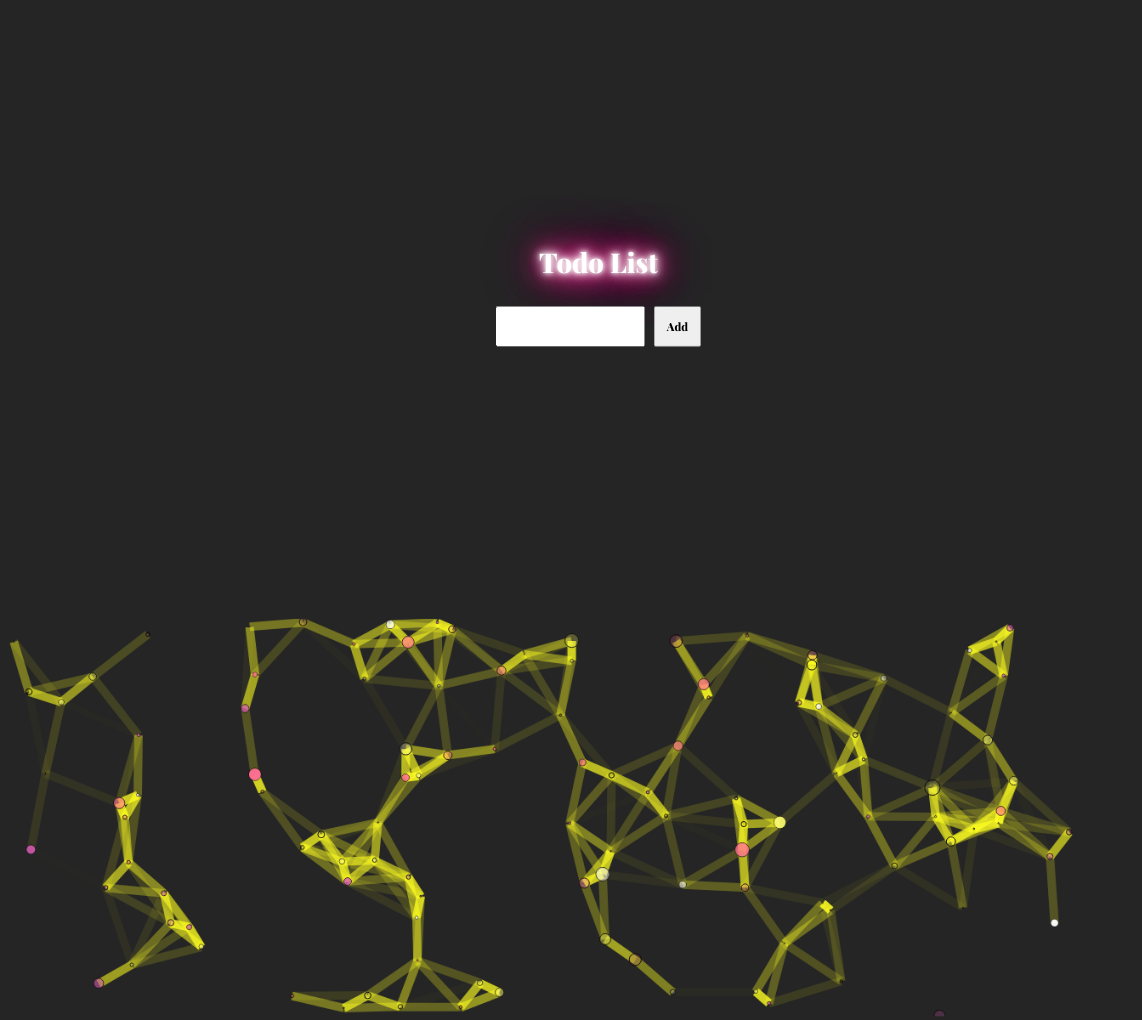
Repository: TENSAEA/----todo
Page: index.html
The author's editor kept a copy of each file at every save. The page is drawn from the files as they stood at one save, then again after the next save.
The browser window is 1280 px wide. The page is 1344 px wide, so the pictures cover 1344 px, including what lies to the right of the window. The pictures show the whole page, at 85% of full size.
Some web fonts or font styles are not loaded; a fallback is used.

Above is the page before, as saved 2023-10-25 14:58:49.

### index.html
<!DOCTYPE html>
<html lang="en">
  <head>
    <meta charset="UTF-8" />
    <meta name="viewport" content="width=device-width, initial-scale=1.0" />
    <title>TodoList</title>
    <link rel="stylesheet" href="style.css" />
  </head>
  <body>
    <div id="particle">
      <div class="container">
        <h1>Todo List</h1>
        <br />
        <div class="header">
          <form class="form">
            <input type="text" id="add" />
            <label for="add"><button id="addBtn">Add</button></label>
          </form>
        </div>
        <div class="list-div">
          <!-- <div class="list-hide">
          <ul class="list">
            <li>
              <input class="list-text" type="text" id="edit" readonly />
              <label for="edit">
                <button class="edit">Edit</button
                ><button class="delete">Delete</button>
              </label>
            </li>
          </ul>
        </div> -->
        </div>
      </div>
    </div>
    <script src="particles.js"></script>
    <script src="https://cdn.jsdelivr.net/npm/particles.js@2.0.0/particles.min.js"></script>
    <script src="script.js"></script>
  </body>
</html>

### style.css
@import url('https://fonts.googleapis.com/css2?family=Bungee+Spice&family=Playfair+Display:wght@800&display=swap');

*{
   box-sizing:border-box;
   margin:0;
   padding:0;
   font-family: 'Bungee Spice', sans-serif;
font-family: 'Playfair Display', serif;}
body{
    background-color: #252525;
}

#particle{
    position: absolute;
      top: 0;
      left: 0;
      width: 100%;
      height: 65%;
      z-index: 2;

}

.container{
    /* -webkit-box-shadow: 0px 0px 0px 5px #A0A0A0, inset 0px 10px 27px -8px #141414, inset 0px -10px 27px -8px #A31925, 5px 5px 15px 5px rgba(0,0,0,0);  */
/* box-shadow: 0px 0px 0px 5px #A0A0A0, inset 0px 10px 27px -8px #141414, inset 0px -10px 27px -8px #A31925, 5px 5px 15px 5px rgba(0,0,0,0); */
    display: flex;
    flex-direction: column;
    padding: 20%;
    margin:5%;
    margin-top:20px;
    flex-grow: 1;
    flex:1;
    width:100%;
}

.container h1{
    font-size:2em;
    text-align:center;
    color: #FFFFFF;
text-shadow: #FFF 0px 0px 5px, #FFF 0px 0px 10px, #FFF 0px 0px 15px, #FF2D95 0px 0px 20px, #FF2D95 0px 0px 30px, #FF2D95 0px 0px 40px, #FF2D95 0px 0px 50px, #FF2D95 0px 0px 75px;
color: #FFFFFF;
width:100%;
padding:10px;

}

#add{
    /* padding: 0.5em;
    width:100%;
    margin:auto; */
}
.form{
    display:flex;
    justify-content: center;
    flex:1;
}
.form label button{
    padding:1em;
    width:auto;
    margin-left:10px;
    cursor: pointer;
}

.list{
    padding-bottom: 20px;
}

.list li{
    list-style-type: none;
}

.list-div .list li .list-text{
    padding: 1em;
    width:60%;
    margin-left:60px;
}
.edit,.delete{
    padding:1em;
    width:70px;
    margin-left:10px;
    cursor: pointer;
}

@media (max-width:636px){
    /* *,:before,:after {
      width: 100%;
      height: 100%;
      box-sizing: border-box;
    }


    .form label button{
        padding:10px;
        width:70px;
        margin:3% 40%;
        cursor: pointer;
    }
    .edit,.delete{
        padding:10px;
        width:70px;
        margin:2% 38%;
        cursor: pointer;
    } */
    }

### particles.js
var config = {
  particles: {
    number: {
      value: 150,

      density: {
        enable: true,
        value_area: 786,
      },
    },
    color: {
      value: ["#ffffff", "#FF6F91", "#F9F871", "#D65DB1"],
    },
    shape: {
      type: "circle",
      stroke: {
        width: 1,
        color: "#000000",
      },
      polygon: {
        nb_sides: 12,
      },
      image: {
        src: "",
        width: 100,
        height: 100,
      },
    },
    opacity: {
      value: 1,
      random: true,
      anim: {
        enable: true,
        speed: 1,
        opacity_min: 0,
        sync: false,
      },
    },
    size: {
      value: 10,
      random: true,
      anim: {
        enable: true,
        speed: 3,
        size_min: 0.3,
        sync: false,
      },
    },
    line_linked: {
      enable: true,
      distance: 100,
      color: "#ff2",
      opacity: 1,
      width: 10,
    },
    move: {
      enable: true,
      speed: 1.3,
      direction: "top",
      random: true,
      straight: true,
      out_mode: "out",
      bounce: false,
      attract: {
        enable: true,
        rotateX: 2082.2488,
        rotateY: 3363.6328,
      },
    },
  },
  interactivity: {
    detect_on: "canvas",
    events: {
      onhover: {
        enable: true,
        mode: "grab",
      },
      onclick: {
        enable: true,
        mode: "repulse",
      },
      resize: true,
    },
    modes: {
      grab: {
        distance: 70,
        line_linked: {
          opacity: 0.5,
        },
      },
      bubble: {
        distance: 100,
        size: 5,
        duration: 8.598243,
        opacity: 0,
        speed: 3,
      },
      repulse: {
        distance: 150,
        duration: 0.8,
      },
      push: {
        particles_nb: 4,
      },
      remove: {
        particles_nb: 2,
      },
    },
  },
  retina_detect: true,
};

window.onload = function () {
  let clause = window.innerWidth < 768;
  config.particles.number.value = clause ? 80 : 150;
  particlesJS("particle", config);
};

### script.js
window.addEventListener("load", () => {
  let addInput = document.getElementById("add");
  let addBtn = document.getElementById("addBtn");

  addBtn.addEventListener("click", (e) => {
    e.preventDefault();
    console.log("clicked");
    let list = document.querySelector(".list-div");
    let ul = document.createElement("ul");
    ul.classList.add("list");
    let li = document.createElement("li");
    ul.appendChild(li);
    let input = document.createElement("input");
    input.classList.add("list-text");
    input.type = "text";
    input.id = "edit";
    input.setAttribute("readonly", "readonly");
    input.value = addInput.value;
    li.appendChild(input);

    let label = document.createElement("label");
    label.setAttribute("for", "edit");
    li.appendChild(label);
    let buttonOne = document.createElement("button");
    buttonOne.classList.add("edit");
    buttonOne.textContent = "Edit";
    label.appendChild(buttonOne);
    let buttonTwo = document.createElement("button");
    buttonTwo.classList.add("delete");
    buttonTwo.textContent = "Delete";
    label.appendChild(buttonTwo);

    let listHide = document.createElement("div");
    listHide.classList.add("list-hide");

    listHide.appendChild(ul);
    list.appendChild(listHide);

    buttonOne.addEventListener("click", () => {
      if (buttonOne.textContent.toLowerCase() == "edit") {
        input.removeAttribute("readonly");
        buttonOne.textContent = "Save";
        input.focus();
      } else {
        input.setAttribute("readonly", "readonly");
        buttonOne.textContent = "Edit";
      }
    });

    buttonTwo.addEventListener("click", () => {
      list.removeChild(listHide);
    });
  });
});

After the next save:
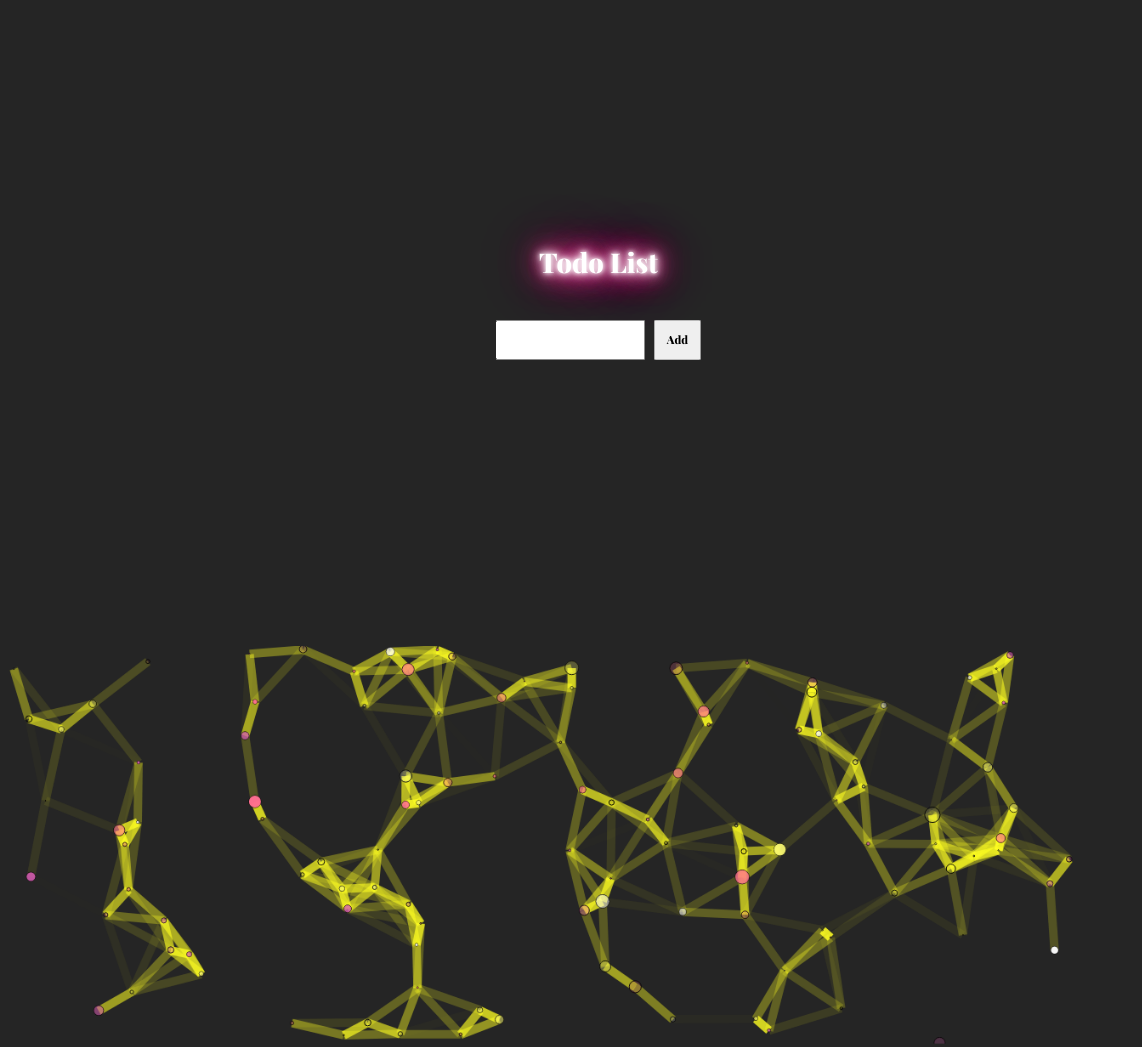
Saved 57 s later.
--- a/style.css
+++ b/style.css
@@ -53,6 +53,8 @@ padding:10px;
     display:flex;
     justify-content: center;
     flex:1;
+    width: 100%;;
+    padding: 1em;
 }
 .form label button{
     padding:1em;
